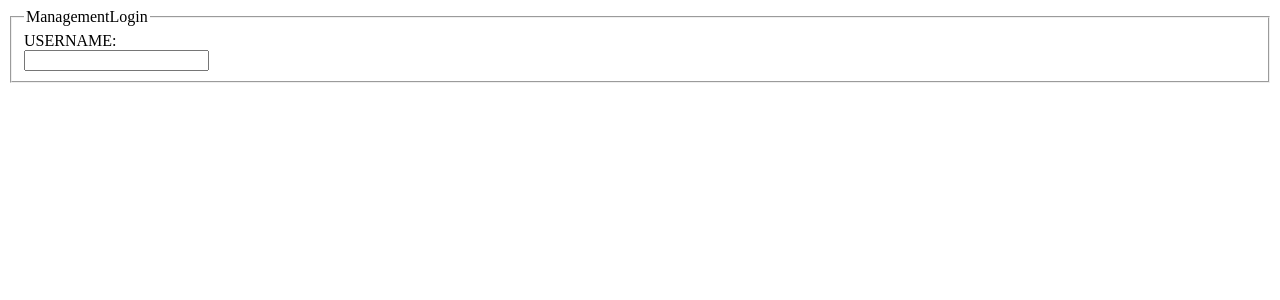
Repository: JanapatlaManojReddy/java
Page: http://localhost/institutionProject/ManagementLogin.jsp
An editor plug-in stored every save of this project. The page is shown before and after the next save, followed by the edit.
The browser window is 1280 px wide. The pictures show the whole page.
The page is served by Tomcat 9. Other server files are loaded and not shown.

Above is the page before, as saved 2023-08-20 17:23:26.

### institutionProject/src/main/webapp/ManagementLogin.jsp
<%@ page language="java" contentType="text/html; charset=ISO-8859-1"
    pageEncoding="ISO-8859-1"%>
<!DOCTYPE html>
<html>
<head>
<style>
p{
diplay:block;
}
.container #user_error,
.container #pass_error{
color:red;
display:none;

}

</style>
<meta charset="ISO-8859-1">
<title>Insert title here</title>
</head>
<script type="text/javascript" src="formValidation.js"> </script>
<body>
<form  name="myform" action="ManagerServlet" onsubmit="return validation()" method="post">
<fieldSet>
<legend>ManagementLogin</legend>
<div class="container">
<div id="usname">USERNAME:</div>
<input type="text" name="username">
<div id="user_error" ><div>
<div id="psword">password:</div>
<input type="password" name="password">
<div id="pass_error" ></div>
<input type="submit" value="submit">

</div>
</fieldSet>
</form>

</body>
</html>

### institutionProject/src/main/webapp/formValidation.js
/**
 *
 */
function validation(){
	var username =document.myform.username.value;
	var password =document.myform.password.value;
	if(username==null|| username.length<3){
		document.geElementById("user").innerHTML="enter a valid username"
		return false;
	}
	else if(password.length<6){

		document.getElementById("pass").innerHTML="length of password must be greterthen 6 letters"
		return false;
	}


}

After the next save:
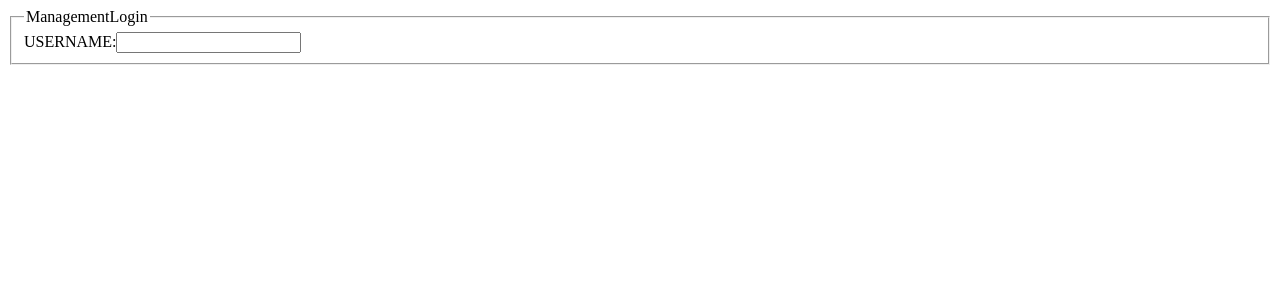
Saved 2 min 25 s later.
--- a/institutionProject/src/main/webapp/ManagementLogin.jsp
+++ b/institutionProject/src/main/webapp/ManagementLogin.jsp
@@ -24,8 +24,8 @@ display:none;
 <fieldSet>
 <legend>ManagementLogin</legend>
 <div class="container">
-<div id="usname">USERNAME:</div>
-<input type="text" name="username">
+<div id="usname">USERNAME:<input type="text" name="username"></div>
+
 <div id="user_error" ><div>
 <div id="psword">password:</div>
 <input type="password" name="password">
